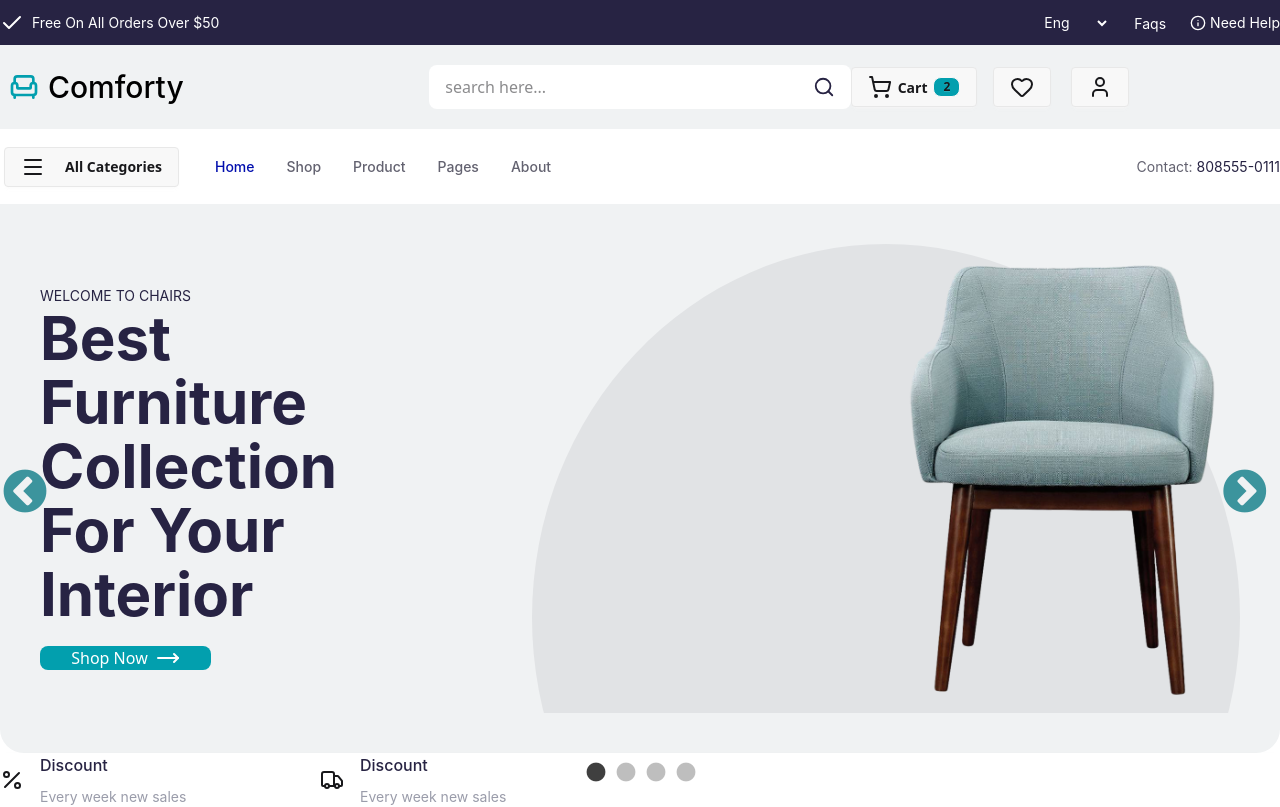
Repository: Neda0o0/store-template-website
Page: /
The author's editor kept a copy of each file at every save. The page is drawn from the files as they stood at one save, then again after the next save.
The browser window is 1280 px wide. The pictures show the whole page.
The project was rebuilt for these pictures with package versions that can differ from the ones it lists, and the page was loaded fresh each time. Also part of the build but not shown: vite.config.js, src/Pages/Auth/Auth.jsx, src/Pages/Auth/Login/Login.jsx, src/Pages/Auth/Register/Register.jsx, src/Pages/Error/Error.jsx, src/AuthCheck/AuthCheck.jsx.

Above is the page before, as saved 2025-10-25 10:16:21.

### index.html
<!DOCTYPE html>
<html lang="en">
  <head>
    <meta charset="UTF-8" />
    <link rel="icon" type="image/svg+xml" href="/vite.svg" />
    <meta name="viewport" content="width=device-width, initial-scale=1.0" />
    <title>new-project</title>
  </head>
  <body>
    <div id="root"></div>
    <script type="module" src="/src/main.jsx"></script>
  </body>
</html>

### src/main.jsx
import { StrictMode } from "react";
import { createRoot } from "react-dom/client";
import MainLayout from "./MainLayout/MainLayout";
import "./index.css";

createRoot(document.getElementById("root")).render(
  <StrictMode>
    <MainLayout />
  </StrictMode>
);

### src/MainLayout/MainLayout.jsx
import { BrowserRouter, Route, Routes } from "react-router";
import Navbar from "../components/Navbar/Navbar";
import Home from "../Pages/Home/Home";
import Auth from "../Pages/Auth/Auth";
import Login from "../Pages/Auth/Login/Login";
import Register from "../Pages/Auth/Register/Register";
import Error from "../Pages/Error/Error";
import AuthCheck from "../AuthCheck/AuthCheck";

const MainLayout = () => {
  return (
    <BrowserRouter>
      {/* Navbar */}
      <Navbar />
      <Routes>
        <Route
          path="/"
          element={
            <AuthCheck>
              <Home />
            </AuthCheck>
          }
        />
        <Route path="auth" element={<Auth />}>
          <Route path="login" element={<Login />} />
          <Route path="register" element={<Register />} />
        </Route>
        {/* not found routes */}
        <Route path="*" element={<Error />} />
      </Routes>
    </BrowserRouter>
  );
};
export default MainLayout;

### src/index.css
@import "tailwindcss";
@plugin "daisyui";

/* google font inter */
@import url("https://fonts.googleapis.com/css2?family=Inter:ital,opsz,wght@0,14..32,100..900;1,14..32,100..900&display=swap");

@theme {
  --font-inter: "Inter", sans-serif;
}

.banner_slide_item {
  display: flex !important;
  justify-content: space-between;
  align-items: center;
  gap: 7.5rem;
}

.banner_image {
  position: relative;
}
.banner_image::before {
  content: "";
  position: absolute;
  top: 0;
  right: 0;
  max-width: 747px;
  width: 100%;
  min-height: 747px;
  height: 100%;
  background-color: #e1e3e5;
  border-radius: 100%;
  z-index: -1;
}
.slick-prev,
.slick-next {
  z-index: 5 !important;
}
.slick-prev {
  left: -40px;
}
.slick-next {
  right: 0.25px;
}
.slick-prev:before,
.slick-next:before {
  font-family: "slick";
  font-size: 50px !important;
  line-height: 1;
  opacity: 0.75;
  color: #007580 !important;
  -webkit-font-smoothing: antialiased;
  -moz-osx-font-smoothing: grayscale;
}
.slick-dots {
  position: absolute;
  bottom: -70px !important;
  display: block;
  width: 100%;
  padding: 0;
  margin: 0;
  list-style: none;
  text-align: center;
}
.slick-dots li button:before {
  font-family: "slick";
  font-size: 22px !important;
  line-height: 20px;
  position: absolute;
  top: 0;
  left: 0;
  width: 20px;
  height: 20px;
  text-align: center;
  opacity: 0.25;
  color: black;
  -webkit-font-smoothing: antialiased;
  -moz-osx-font-smoothing: grayscale;
}

### src/components/Navbar/Navbar.jsx
import {
  Armchair,
  Check,
  Info,
  Search,
  ShoppingCart,
  Heart,
  User,
  Menu,
} from "lucide-react";
import { Link, NavLink } from "react-router-dom";

const Navbar = () => {
  return (
    <div>
      {/* navbar top */}
      <div className="navbar_top flex items-center justify-center bg-[#272343] w-full h-[45px]">
        <div className="lg:container flex justify-between items-center">
          <p className="flex items-center gap-2 text-sm font-inter font-normal text-white capitalize">
            <Check />
            Free on all orders over $50
          </p>
          <div className="navbar_top_right flex items-center gap-6">
            <select
              defaultValue="Server location"
              className=" bg-none h-[30px] w-[70px] text-sm font-inter font-normal capitalize text-white"
            >
              <option>Eng</option>
              <option>Farsi</option>
            </select>
            <button>
              <Link className="text-sm text-white font-inter font-normal capitalize ">
                Faqs
              </Link>
            </button>
            <button>
              <Link className="flex items-center gap-1 text-sm  text-white font-inter font-normal capitalize">
                <Info size={16} />
                Need help
              </Link>
            </button>
          </div>
        </div>
      </div>
      {/* navbar middle */}
      <div className="navbar middle flex items-center justify-center bg-[#f0f2f3] w-full h-[84px]">
        <div className="lg:container grid grid-cols-3 items-center">
          <div className="logo_wrapper">
            <Link
              to="/"
              className="text-3xl text-black font-inter font-medium capitalize flex items-center gap-2"
            >
              <Armchair size="2rem" color="#029fae" /> Comforty
            </Link>
          </div>
          <div className="search_box">
            <form action="#" className="max-w-[443px] h-[44px] relative">
              <input
                type="text"
                placeholder="search here..."
                className=" max-w-[443px] w-full h-full bg-white rounded-lg pl-4 "
              />
              <button className="absolute to-50% right-4 translate-y-1/2">
                <Search size="22px" color="#272343" />
              </button>
            </form>
          </div>
          {/* navbar middle right */}
          <div className="navbar_middle_right flex items-center gap-4">
            <button className="btn capitalize">
              <ShoppingCart /> cart
              <div className="badge badge-sm bg-[#029fae]">2</div>
            </button>
            <button className="btn capitalize">
              <Heart />
            </button>

            <div className="dropdown">
              <div tabIndex={0} role="button" className="btn m-1">
                <User />
              </div>
              <ul
                tabIndex="-1"
                className="dropdown-content menu bg-base-100 rounded-box z-1 w-52 p-2 shadow-sm"
              >
                <li>
                  <Link>Account</Link>
                </li>
                <li>
                  <Link>Logout</Link>
                </li>
              </ul>
            </div>
          </div>
        </div>
      </div>

      {/* navbar bottom */}
      <div className="navbar_bottom flex items-center justify-center w-full h-[75px] bg-white border-[#ele3e5]">
        <div className="lg:container flex items-center justify-between">
          <div className="navbar_bottom_left flex items-center gap-8">
            <div className="dropdown dropdown-start">
              <div
                tabIndex={0}
                role="button"
                className="btn m-1 flex items-center gap-5 capitalize"
              >
                <Menu /> all categories
              </div>
              <ul
                tabIndex="-1"
                className="dropdown-content menu bg-base-100 rounded-box z-1 w-52 p-2 shadow-sm"
              >
                <li>
                  <a>Chair</a>
                </li>
                <li>
                  <a>Pant</a>
                </li>
                <li>
                  <a>Shirt</a>
                </li>
                <li>
                  <a>T-shirt</a>
                </li>
              </ul>
            </div>
            <nav className="flex items-center gap-8">
              <NavLink
                to="/"
                className="text-sm text-[#020fae] font-inter font-medium capitalize"
              >
                Home
              </NavLink>
              <NavLink className="text-sm text-[#636270] font-inter font-medium capitalize">
                shop
              </NavLink>
              <NavLink className="text-sm text-[#636270] font-inter font-medium capitalize">
                product
              </NavLink>
              <NavLink className="text-sm text-[#636270] font-inter font-medium capitalize">
                pages
              </NavLink>
              <NavLink className="text-sm text-[#636270] font-inter font-medium capitalize">
                about
              </NavLink>
            </nav>
          </div>

          <div className="navbar_bottom_right">
            <p className="text-sm text-[#636270] font-inter font-normal capitalize">
              contact: <span className="text-[#272343]">{808}555-0111</span>
            </p>
          </div>
        </div>
      </div>
    </div>
  );
};
export default Navbar;

### src/Pages/Home/Home.jsx
import Banner from "../../components/Banner/Banner";
import Delivery from "../../components/Delivery/Delivery";
const Home = () => {
  return (
    <div>
      {/* banner component */}
      <div className="w-full rounded-b-3xl bg-[#f0f2f3] min-h-[85px] flex items-center justify-center ">
        <Banner></Banner>
      </div>
      {/* delivery component */}
      <div className="w-full min-h[#150px] shadow-md bg-white ">
        <Delivery></Delivery>
      </div>
    </div>
  );
};
export default Home;

### src/components/Banner/Banner.jsx
import "slick-carousel/slick/slick.css";
import "slick-carousel/slick/slick-theme.css";
import Slider from "react-slick";
import { MoveRight } from "lucide-react";

const Banner = () => {
  const products = [
    {
      id: 1,
      title: "Best Furniture collection for your interior ",
      subTitle: "welcome to chairs",
      image: "/src/assets/Banner/banner_image.png",
    },
    {
      id: 2,
      title: "Best Furniture collection for your interior ",
      subTitle: "welcome to chairs",
      image: "/src/assets/Banner/banner_image.png",
    },
    {
      id: 3,
      title: "Best Furniture collection for your interior ",
      subTitle: "welcome to chairs",
      image: "/src/assets/Banner/banner_image.png",
    },
    {
      id: 4,
      title: "Best Furniture collection for your interior ",
      subTitle: "welcome to chairs",
      image: "/src/assets/Banner/banner_image.png",
    },
  ];
  const settings = {
    dots: true,
    infinite: true,
    speed: 500,
    slidesToShow: 1,
    slidesToScroll: 1,
  };
  return (
    <div className="lg:container w-full p-10">
      <div className="slider-container w-full h-full">
        <Slider {...settings}>
          {products?.map((product) => (
            <div key={product?.id} className="banner_slide_item">
              {/* banner text */}
              <div className="banner_text">
                <p className="text-sm font-inter font-normal text-[#272343] uppercase">
                  {product?.subTitle}
                </p>
                <h3 className="text-6xl text-[#272343] font-inter capitalize leading-16 max-w-[631px] w-full font-bold mb-5">
                  {product?.title}
                </h3>
                <button className="max-w-[171px] w-full flex items-center justify-center gap-2 h-[52] bg-[#029fae] rounded-lg cursor-pointer text-white capitalize">
                  shop now <MoveRight />
                </button>
              </div>

              {/* banner image */}
              <div className="banner_image w-full h-full flex items-center justify-end">
                <img
                  className="w-[50%]"
                  src={product?.image}
                  alt={product?.title}
                />
              </div>
            </div>
          ))}
        </Slider>
      </div>
    </div>
  );
};
export default Banner;

### src/components/Delivery/Delivery.jsx
import { Percent, Truck } from "lucide-react";

const Delivery = () => {
  return (
    <div className="lg:container mx-auto">
      <div className="grid grid-cols-4">
        <div className="delivery_wrapper">
          <div className="flex items-center gap-4">
            <p>
              <Percent />
            </p>
            <div>
              <h4 className="text-base text-[#272343] mb-2.5 font-medium font-inter capitalize">
                Discount
              </h4>
              <p className="text-sm text-[#9a9caa] font-inter font-normal">
                Every week new sales
              </p>
            </div>
          </div>
        </div>
        <div className="delivery_wrapper">
          <div className="flex items-center gap-4">
            <p>
              <Truck />
            </p>
            <div>
              <h4 className="text-base text-[#272343] mb-2.5 font-medium font-inter capitalize">
                Discount
              </h4>
              <p className="text-sm text-[#9a9caa] font-inter font-normal">
                Every week new sales
              </p>
            </div>
          </div>
        </div>
      </div>
    </div>
  );
};
export default Delivery;

After the next save:
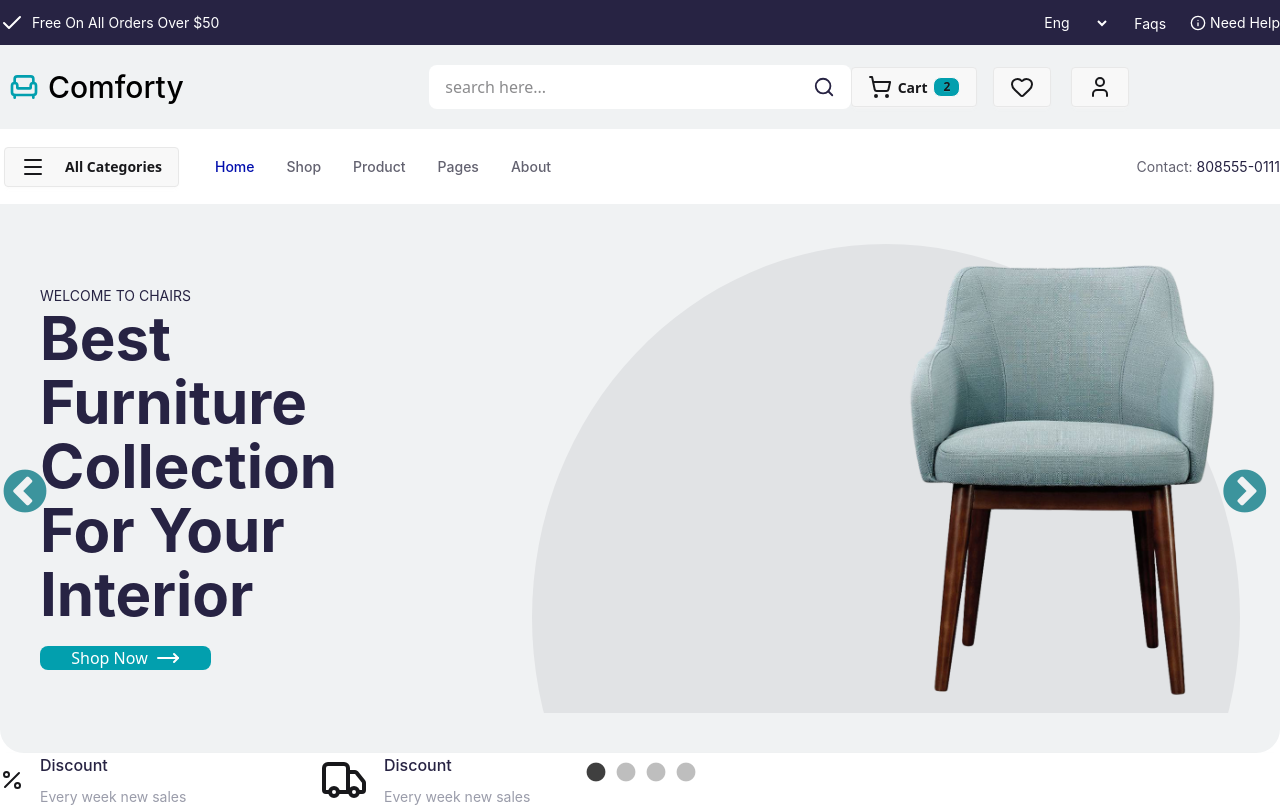
Saved 37 s later.
--- a/src/components/Delivery/Delivery.jsx
+++ b/src/components/Delivery/Delivery.jsx
@@ -22,7 +22,7 @@ const Delivery = () => {
         <div className="delivery_wrapper">
           <div className="flex items-center gap-4">
             <p>
-              <Truck />
+              <Truck size="3rem" />
             </p>
             <div>
               <h4 className="text-base text-[#272343] mb-2.5 font-medium font-inter capitalize">
